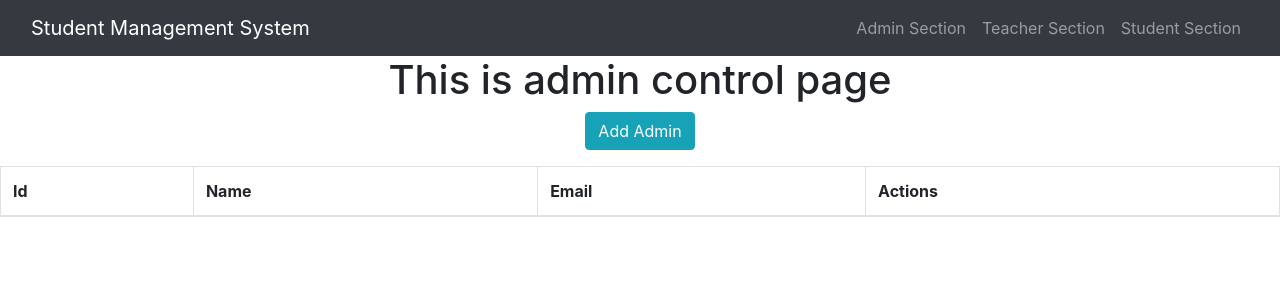
Repository: arupmaji404/StudentManagementSystem
Page: http://localhost/admin/admincontrol
An editor plug-in stored every save of this project. The page is shown before and after the next save, followed by the edit.
The browser window is 1280 px wide. The pictures show the whole page.
The page is this project's Thymeleaf template; nobody is signed in. The template is opened directly, without the code that normally fills it, so the values that code supplies are empty.

Above is the page before, as saved 2022-09-20 10:55:05.

### StudentManagementSystem/src/main/resources/templates/admin/admincontrol.html

<!DOCTYPE html>
<html lang="en" xmlns:th="http://www.thymeleaf.org">
<head>
<meta charset="ISO-8859-1">
<title>Employee</title>
<link rel="stylesheet"
	href="https://stackpath.bootstrapcdn.com/bootstrap/4.1.3/css/bootstrap.min.css"
	integrity="sha384-MCw98/SFnGE8fJT3GXwEOngsV7Zt27NXFoaoApmYm81iuXoPkFOJwJ8ERdknLPMO"
	crossorigin="anonymous">
</head>
<body>
	<div th:insert="navbar :: navbar"></div>
	<div class="text-center mb-2">
		<h1>This is admin control page</h1>

		<a th:href="@{/admin/addAdminForm}" class="btn btn-info mb-2">Add Admin</a>
	</div>
	<table class="table table-bordered table-striped">
		<thead>
			<tr>
				<th>Id</th>
				<th>Name</th>
				<th>Email</th>
				<th>Actions</th>
			</tr>
		</thead>
		<tbody>
			<tr th:if="${admins.empty}">
				<td colspan="4">No Users Available</td>
			</tr>
			<tr th:each="admin : ${admins}">
				<td><span th:text="${admin.id}"> Id </span></td>
				<td><span th:text="${admin.name}"> Name </span></td>
				<td><span th:text="${admin.email}"> Email </span></td>
				<td><a th:href="@{/admin/showAdminUpdateForm(adminId=${admin.id})}"
					class="btn btn-info">Update</a> <a
					th:href="@{/admin/deleteAdmin(adminId=${admin.id})}"
					class="btn btn-danger m1-2">Delete</a></td>
			</tr>
		</tbody>
	</table>
</body>
</html>

### StudentManagementSystem/src/main/resources/templates/navbar.html
<!DOCTYPE html>
<html xmlns:th="http://www.thymeleaf.org">
<head>
    <meta charset="UTF-8">
    <title>NavigationBar</title>

</head>
<body>

<nav th:fragment="navbar" class="navbar navbar-expand-md bg-dark navbar-dark">
    <div class="container-fluid">
        <div class="navbar-header">
            <a class="navbar-brand" th:href="@{/admin/adminIndex}">Student Management System</a>
        </div>
        <ul class="nav navbar-nav">
            <li><a class="nav-link" th:href="@{/admin/admin-control}">Admin Section</a></li>

            <li><a class="nav-link" th:href="@{/admin/teacher-control}">Teacher Section</a></li>

            <li><a class="nav-link" th:href="@{/admin/student-control}">Student Section</a></li>
        </ul>
    </div>
</nav>

</body>
</html>

After the next save:
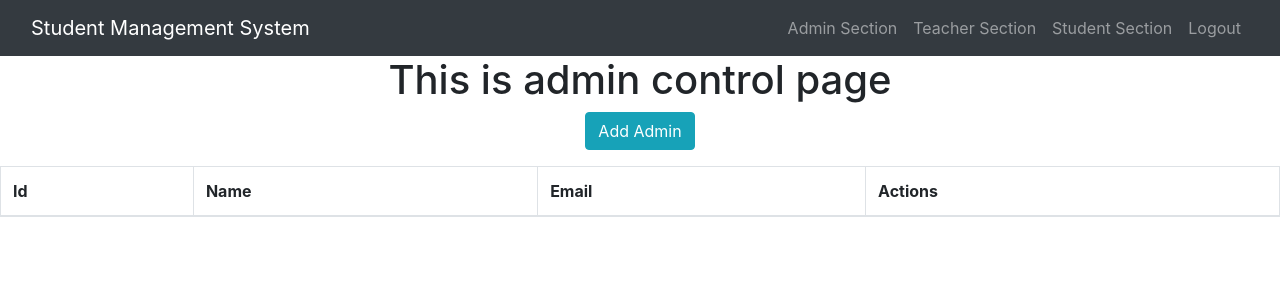
Saved 6 min 13 s later.
--- a/StudentManagementSystem/src/main/resources/templates/navbar.html
+++ b/StudentManagementSystem/src/main/resources/templates/navbar.html
@@ -18,6 +18,8 @@
             <li><a class="nav-link" th:href="@{/admin/teacher-control}">Teacher Section</a></li>
 
             <li><a class="nav-link" th:href="@{/admin/student-control}">Student Section</a></li>
+
+        	<li><a class="nav-link" th:href="@{/logout}">Logout</a></li>
         </ul>
     </div>
 </nav>
